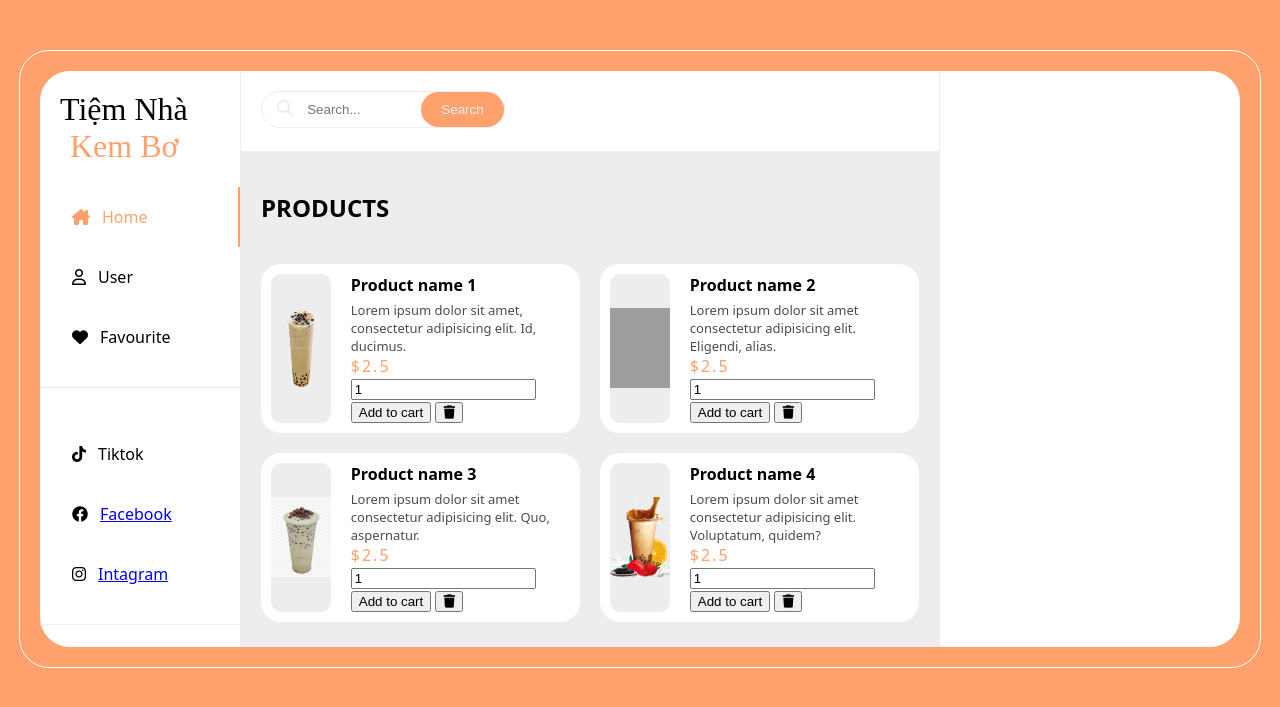
Repository: hnguyeng/tiemnhabo
Page: index.html
These files come from the project's save history. The page is drawn as it stood at one moment and after the next save; the edit follows.
The browser window is 1280 px wide. The pictures show the whole page.
Pictures or frames that could not be fetched are drawn as grey boxes.

Above is the page before, as saved 2022-12-13 16:13:11.

### index.html
<!DOCTYPE html>
<html lang="en">
<head>
    <meta charset="UTF-8">
    <meta http-equiv="X-UA-Compatible" content="IE=edge">
    <meta name="viewport" content="width=device-width, initial-scale=1.0">
    <title>Document</title>
    <link rel="stylesheet" href="./style.css">
    <link rel="stylesheet" href="https://cdnjs.cloudflare.com/ajax/libs/font-awesome/6.2.1/css/all.min.css">
</head>
<body>
    <div class="container">
        <div class="menu">
            <div class="logo">
                Tiệm Nhà <span>Kem Bơ</span>
            </div>
            <ul>
                <li class="active"><i class="fa-solid fa-house-chimney"></i>Home</li>
                <li><i class="fa-regular fa-user"></i>User</li>
                <li><i class="fa-solid fa-heart"></i>Favourite</li>
            </ul>
            <ul>
                <li><i class="fa-brands fa-tiktok"></i>Tiktok</li>
                <li><i class="fa-brands fa-facebook"></i><a href="https://www.facebook.com/Hin229/">Facebook</a> </li>
                <li><i class="fa-brands fa-instagram"></i><a href="https://www.instagram.com/n.q.h.2209/">Intagram</a></li>
            </ul>
        </div>
        <div class="center">
            <div class="search">
                <div class="form">
                    <i class="fa-solid fa-magnifying-glass"></i>
                    <input type="text" placeholder="Search...">
                    <button>Search</button>
                </div>
            </div>
            <h2>PRODUCTS</h2>
            <div class="list">
                <div class="item" data-key="1">
                    <div class="img">
                        <img src="./img/freepng1191-tra-sua-nuoc-giai-khat-do-uong-png-hinh-tach-nen-14.png" alt="">
                    </div>
                    <div class="content">
                        <div class="title">Product name 1</div>
                        <div class="des">
                           Lorem ipsum dolor sit amet, consectetur adipisicing elit. Id, ducimus.
                        </div>
                        <div class="price">$2.5</div>
                        <input type="number" class="count" min="1" value="1">
                        <button class="add">Add to cart</button>
                        <button class="remove"><i class="fa-solid fa-trash"></i></button>
                    </div>
                </div>
                <div class="item" data-key="2">
                    <div class="img">
                        <img src="./img/freepng1205-tra-sua-nuoc-giai-khat-do-uong-png-hinh-tach-nen-28.png" alt="">
                    </div>
                    <div class="content">
                        <div class="title">Product name 2</div>
                        <div class="des">
                            Lorem ipsum dolor sit amet consectetur adipisicing elit. Eligendi, alias.
                        </div>
                        <div class="price">$2.5</div>
                        <input type="number" class="count" min="1" value="1">
                        <button class="add">Add to cart</button>
                        <button class="remove"><i class="fa-solid fa-trash"></i></button>
                    </div>
                </div>
                <div class="item" data-key="3">
                    <div class="img">
                        <img src="./img/kisspng-milkshake-milk-tea-red-bean-milk-tea-picture-material-5a96606943e004.536732111519804521278.jpg" alt="">
                    </div>
                    <div class="content">
                        <div class="title">Product name 3</div>
                        <div class="des">
                            Lorem ipsum dolor sit amet consectetur adipisicing elit. Quo, aspernatur.
                        </div>
                        <div class="price">$2.5</div>
                        <input type="number" class="count" min="1" value="1">
                        <button class="add">Add to cart</button>
                        <button class="remove"><i class="fa-solid fa-trash"></i></button>
                    </div>
                </div>
                <div class="item" data-key="4">
                    <div class="img">
                        <img src="./img/taifree1436-ly-tra-sua-huong-dau.png" alt="">
                    </div>
                    <div class="content">
                        <div class="title">Product name 4</div>
                        <div class="des">
                            Lorem ipsum dolor sit amet consectetur adipisicing elit. Voluptatum, quidem?
                        </div>
                        <div class="price">$2.5</div>
                        <input type="number" class="count" min="1" value="1">
                        <button class="add">Add to cart</button>
                        <button class="remove"><i class="fa-solid fa-trash"></i></button>
                    </div>
                </div>
            </div>
        </div>
        <div class="cart"></div>
    </div>
</body>
</html>

### style.css
 @import url('https://fonts.googleapis.com/css2?family=Roboto&display=swap');
 :root{
    --white: #fff;
    --light: #eeeded;
    --orange: #FFA16C;
 }
 body {
    background-color: var(--orange);
    font-family: system-ui;
    overflow: hidden;
 }
 .container{
    width: 1200px;
    border: 1px solid var(--white);
    max-width: 100%;
    margin: 50px auto 0;
    display: grid;
    grid-template-columns: 200px auto 300px;
    padding: 20px;
    border-radius: 30px;
    min-height: 80vh;
 }
 .container .menu{
    background-color: var(--white);
    border-top-left-radius: 30px;
    border-bottom-left-radius: 30px;
 }
 .container .cart{
    background-color: var(--white);
    border-top-right-radius: 30px;
    border-bottom-right-radius: 30px;
 }
 .container .center{
    background-color: var(--light);
    border-left: 1px solid var(--light);
    border-right: 1px solid var(--light);
 }
 /* menu */
 .menu .logo{
    padding: 20px 0 20px 20px ;
    font-family: 'lobster', cursive;
    font-size: xx-large;
    height: 40px;
 }
 .menu .logo span{
   color: var(--orange);
   margin-left: 10px;
 }
 .menu ul{
   padding: 20px 0 20px 20px;
   list-style:  none;
   border-bottom: 1px solid var(--light);
 }
 .menu ul li{
   padding: 10px 0;
 }
 .menu ul li i{
   margin: 12px;
 }
 .menu ul li.active{
   color: var(--orange);
   border-right: 2px solid var(--orange);
 }
 .menu ul li:hover{
   color: var(--orange);
   border-right: 2px solid var(--orange);
 }
 /* end menu */
 /* center */
 /* form */
 .center .search{
   background-color: var(--white);
   padding: 20px;
   height: 40px;
 }
 .center .search .form{
   width: max-content;
   border: 1px solid var(--light);
   border-radius: 20px;
   padding-left: 15px;
   color: var(--light);
 }
 .center .search .form input{
   border: none;
   padding: 0 10px;
   outline: none;
   width: 100px;
 }
 .center .search .form button{
   border: none;
   background-color: var(--orange);
   color: var(--light);
   padding: 10px 20px;
   border-radius: 20px;
 }
 /* end form */
 .item .img img{
   width: 60px;
   height: 80px;
 }
 .item .img{
  border-radius: 10px;
   background-color: var(--light);
   display: flex;
   justify-content: center;
   align-items: center;
 }
.center h2{
   padding: 20px;
}
.center .list{
   padding: 0 20px 20px;
   display: grid;
   grid-template-columns: auto auto;
   column-gap: 20px;
   row-gap: 20px;
}
.item{
   background-color: var(--white);
   display: grid;
   grid-template-columns: 20% auto;
   padding: 10px;
   column-gap: 20px;
   border-radius: 20px;
}
.item .content .title{
   font-weight: bold;
}
.item .content .des{
   font-size: small;
   opacity: 0.7;
   margin-top: 5px;
}
.item .content .price{
   color: var(--orange);
   letter-spacing: 2px;
}
 /* end center */

After the next save:
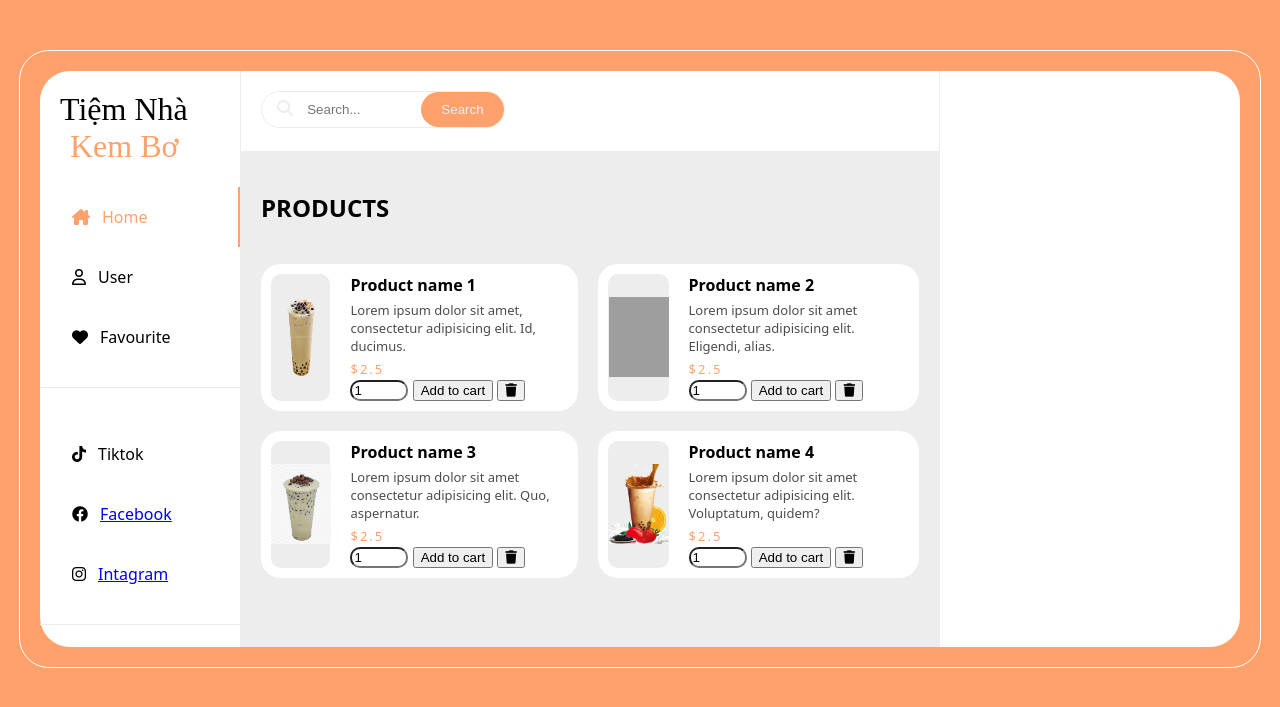
Saved 3 min 1 s later.
--- a/style.css
+++ b/style.css
@@ -134,5 +134,13 @@
 .item .content .price{
    color: var(--orange);
    letter-spacing: 2px;
+   font-weight: 500;
+   font-size: small;
+   margin-top: 5px;
+}
+.item .count{
+   width: 50px;
+   border-radius: 10px;
+
 }
  /* end center */
